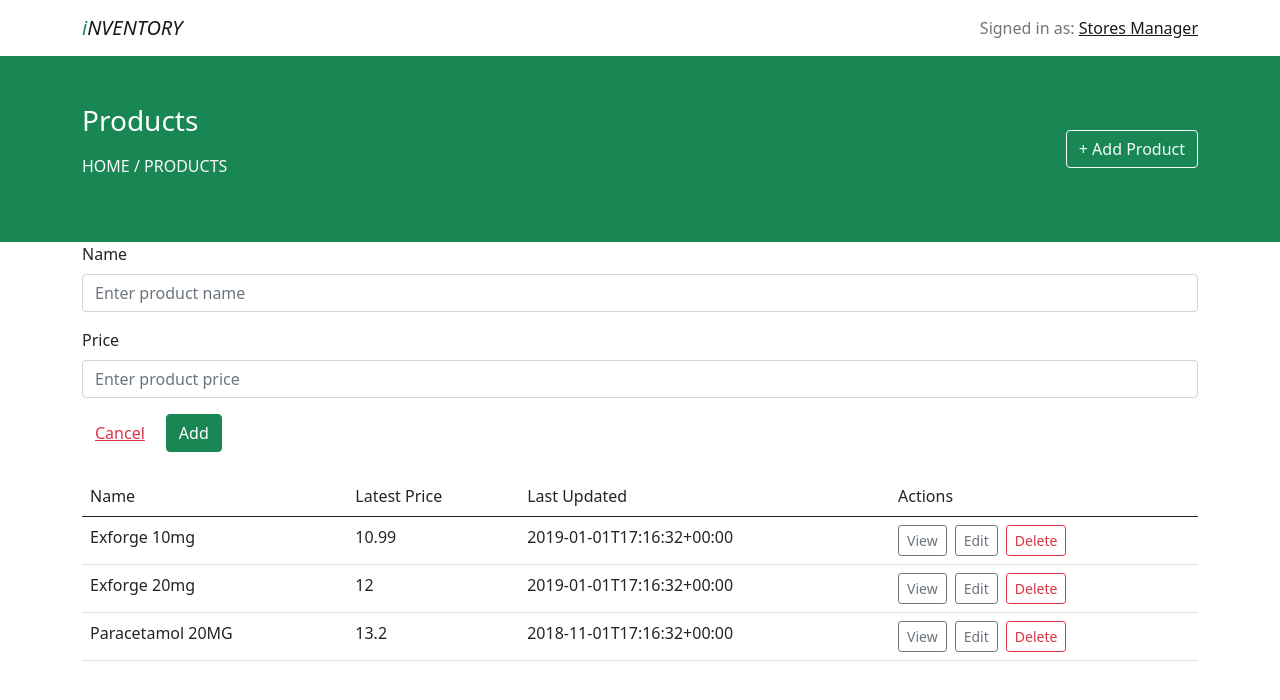
Repository: tHEO2k17/inventory-manager
Page: /
An editor plug-in stored every save of this project. The page is shown before and after the next save, followed by the edit.
The browser window is 1280 px wide. The pictures show the whole page.
The project was rebuilt for these pictures with package versions that can differ from the ones it lists, and the page was loaded fresh each time.

Above is the page before, as saved 2021-08-31 09:26:19.

After the next save:
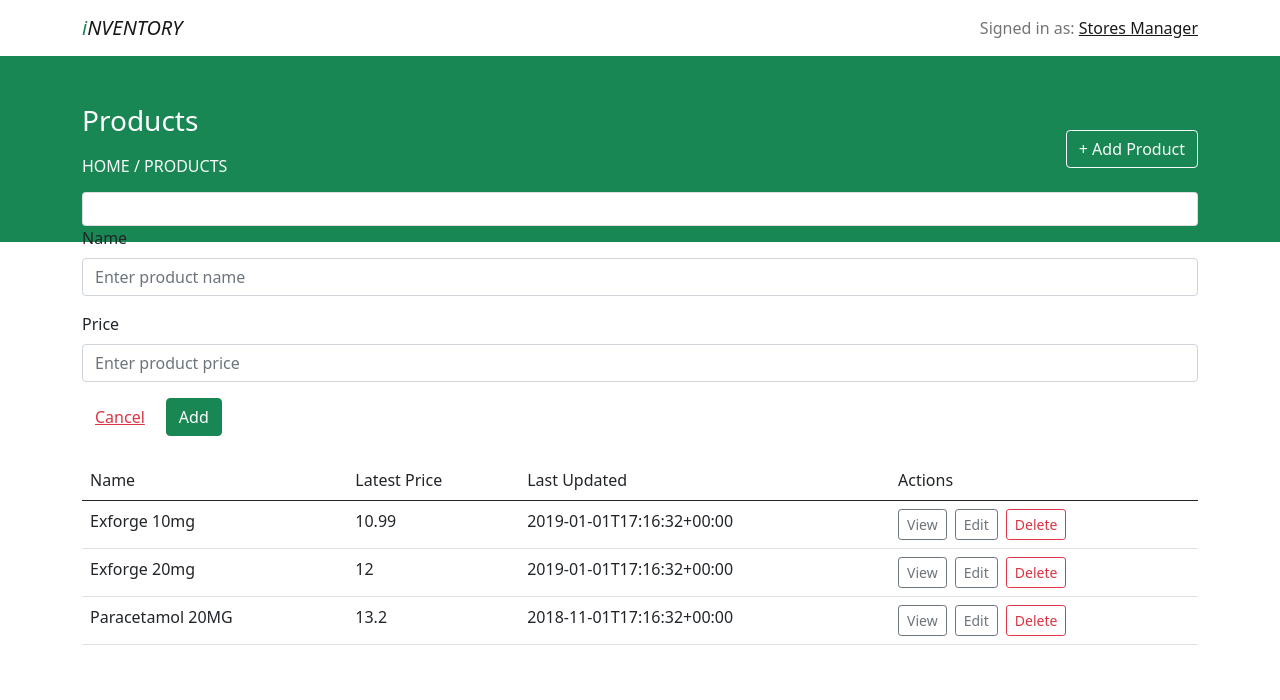
Saved 3 s later.
--- a/src/presentation/pages/ProductsPage.tsx
+++ b/src/presentation/pages/ProductsPage.tsx
@@ -1,5 +1,5 @@
 import { Component } from "react"
-import { Container, Table } from "react-bootstrap";
+import { Card, Container, Table } from "react-bootstrap";
 import { mock } from "../../core/mock";
 import Banner from "../components/Banner";
 import Product from "../components/Product";
@@ -17,6 +17,11 @@ export default class ProductsPage extends Component {
             <TopBar/>
             <Banner/>
             <Container>
+                <Card className="mover">
+                    <Card.Body>
+
+                    </Card.Body>
+                </Card>
                 <ProductForm/>
                 <br/>
                 <Table>
